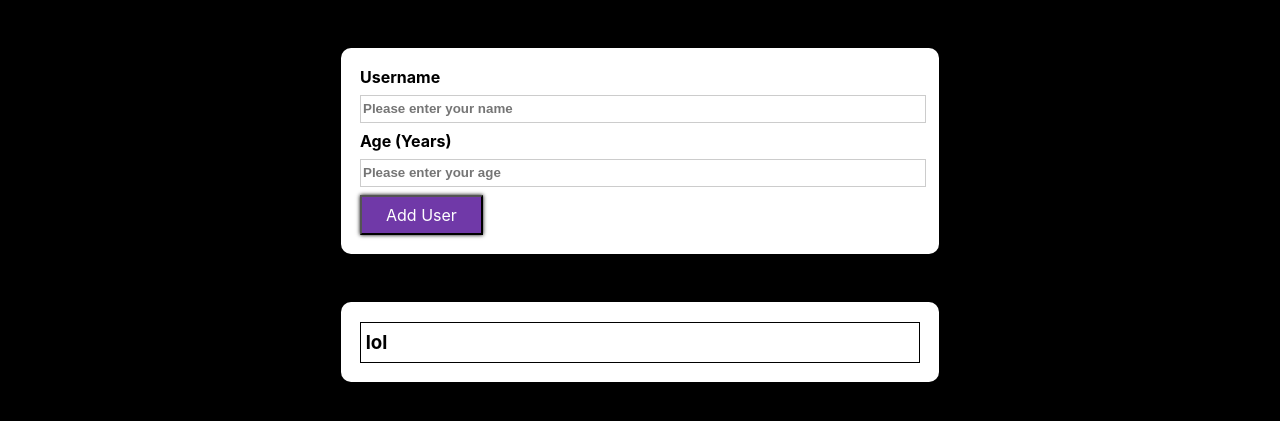
Repository: NamalPathirana/section-eight
Page: /
The author's editor kept a copy of each file at every save. The page is drawn from the files as they stood at one save, then again after the next save.
The browser window is 1280 px wide. The pictures show the whole page.
The project was rebuilt for these pictures with package versions that can differ from the ones it lists, and the page was loaded fresh each time.

Above is the page before, as saved 2021-11-26 04:04:30.

### src/index.css
body {
  margin: 0;
  padding: 0%;
  height: 100%;
  width: 100%;
  display: flex;
  flex-direction: column;
  background-color: black;
  font-family: -apple-system, BlinkMacSystemFont, 'Segoe UI', 'Roboto', 'Oxygen',
    'Ubuntu', 'Cantarell', 'Fira Sans', 'Droid Sans', 'Helvetica Neue',
    sans-serif;
  -webkit-font-smoothing: antialiased;
  -moz-osx-font-smoothing: grayscale;
}

code {
  font-family: source-code-pro, Menlo, Monaco, Consolas, 'Courier New',
    monospace;
}

### src/App.js
import logo from './logo.svg';
import './App.css';
import UserInput from './Components/UserInput/UserInput';
import UserList from './Components/UserList/UserList';

function App() {
  return (
    <div className="App">
      <section>
      <UserInput></UserInput>
      </section>
      <section>
      <UserList></UserList>
      </section>

    </div>
  );
}

export default App;

### src/App.css
.App {


}

### src/Components/UserInput/UserInput.js
import Button from '../../UI/Button/Button';
import styles from './UserInput.module.css'

const UserInput = () => {
    return (
        <form>
        <div className={styles.frame}>
            <label>Username</label>
            <input placeholder='Please enter your name'/>
            <label>Age (Years)</label>
            <input placeholder='Please enter your age'/>
            <Button name='Add User'></Button>
        </div>
        </form>
    );
};

export default UserInput;

### src/Components/UserList/UserList.js
import styles from './UserList.module.css';
import UserListItem from '../UserListItem/UserListItem'


const UserList = () => {

    return(
        <div className={styles.frame}>
            <UserListItem name={'lol'} age={'28'}/>
        </div>
    );
}

export default UserList;

### src/UI/Button/Button.js
import styles from "./Button.module.css";

const Button = (props) => {
  return <button className={styles.button}>{props.name}</button>;
};

export default Button;

### src/Components/UserInput/UserInput.module.css
.frame{
    margin: 0.5rem 0.5rem;
    padding: 1.2rem 1.2rem;
    width: 35rem;
    max-width: 90%;
    margin: 3rem auto;
    background-color: white;
    border-radius: 10px;

}

.frame input{
    display: block;
    font-weight: bold;
    border: 1px solid #ccc;
    line-height: 1.5rem;
    padding: 100 0.25rm;
    width: 100%;
    margin-bottom: 0.5rem;
}

.frame input:hover{
    border: 1px solid rgb(49, 45, 45);
}

.frame label{
    display: block;
    align-content: flex-start;
    font-weight: bold;
    margin-bottom: 0.5rem;
}

### src/Components/UserList/UserList.module.css
.frame{
    margin: 0.5rem 0.5rem;
    padding: 1.2rem 1.2rem;
    width: 35rem;
    max-width: 90%;
    margin: 3rem auto;
    background-color: white;
    border-radius: 10px;
    display: flex;
    flex-direction: column;
}

### src/Components/UserListItem/UserListItem.js
import styles from './UserListItem.module.css';


const UserListItem = (props) => {
    return(
        <div className={styles.list_item}>
            <h3>lol</h3>
        </div>
    );
}

export default UserListItem;

### src/UI/Button/Button.module.css
.button{
    font: inherit;
    padding: 0.5rem 1.5rem;
    background-color: rgb(112, 57, 168);
    color:white;
    box-shadow: 0 0 4px black;
    cursor: pointer;
    width: auto;
}

.button:focus{
    outline: none;
}

.button:hover,.button:active{
    background-color: rgb(185, 140, 231);
    border-color: rgb(185, 140, 231);
    box-shadow: 0 0 8px black;
}

### src/Components/UserListItem/UserListItem.module.css
.list_item{
    border: 1px solid black;
    display: block;
    padding: 0.5rem 0.3rem;
}

.list_item h3{
    margin: 0px;
}

Loaded but not shown: public/index.html (common file); src/index.js (common file); src/reportWebVitals.js (common file)

After the next save:
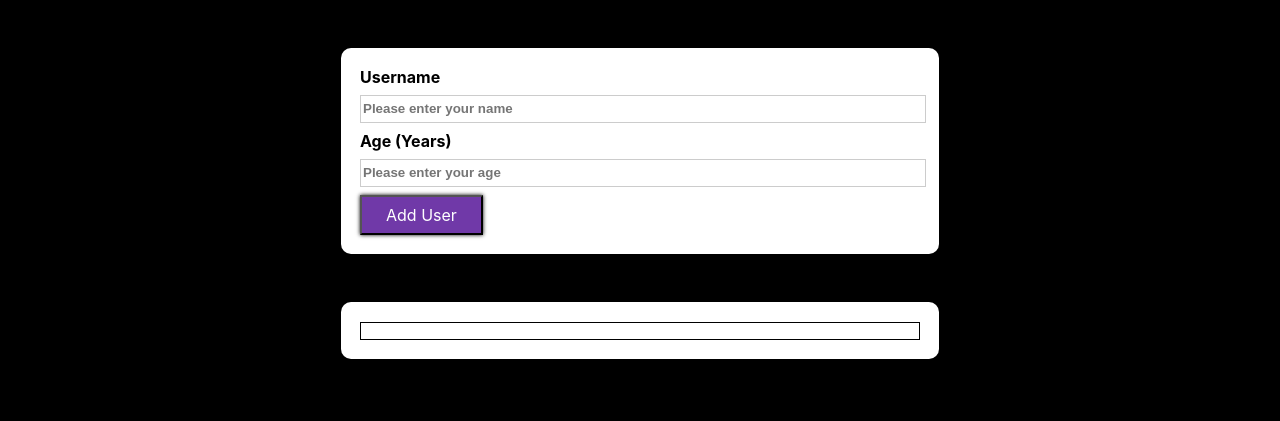
Saved 30 s later.
--- a/src/Components/UserListItem/UserListItem.js
+++ b/src/Components/UserListItem/UserListItem.js
@@ -4,7 +4,7 @@ import styles from './UserListItem.module.css';
 const UserListItem = (props) => {
     return(
         <div className={styles.list_item}>
-            <h3>lol</h3>
+            <h3>{props.list}</h3>
         </div>
     );
 }

After the save that followed:
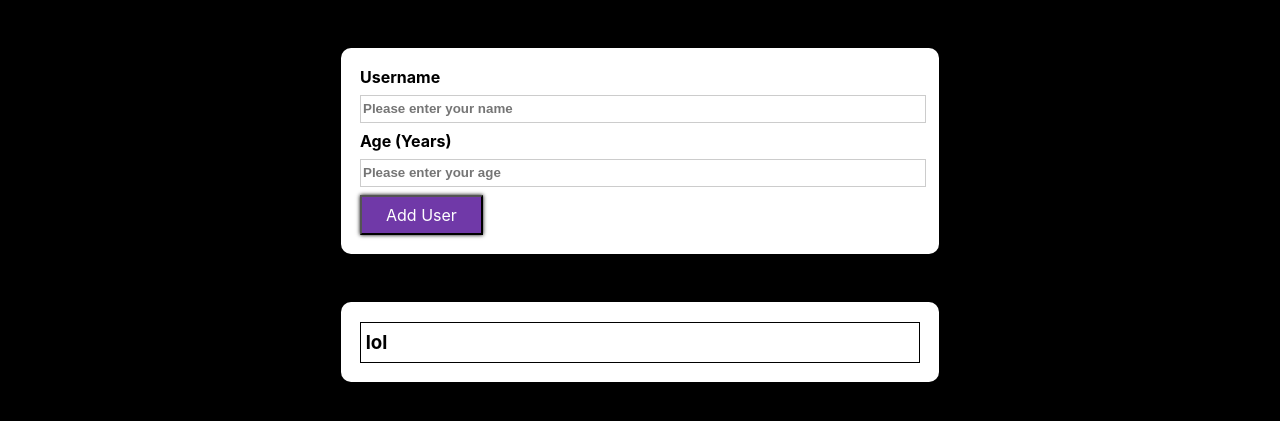
Saved 3 min 2 s later.
--- a/src/Components/UserListItem/UserListItem.js
+++ b/src/Components/UserListItem/UserListItem.js
@@ -4,7 +4,7 @@ import styles from './UserListItem.module.css';
 const UserListItem = (props) => {
     return(
         <div className={styles.list_item}>
-            <h3>{props.list}</h3>
+            <h3>{props.name}</h3>
         </div>
     );
 }
